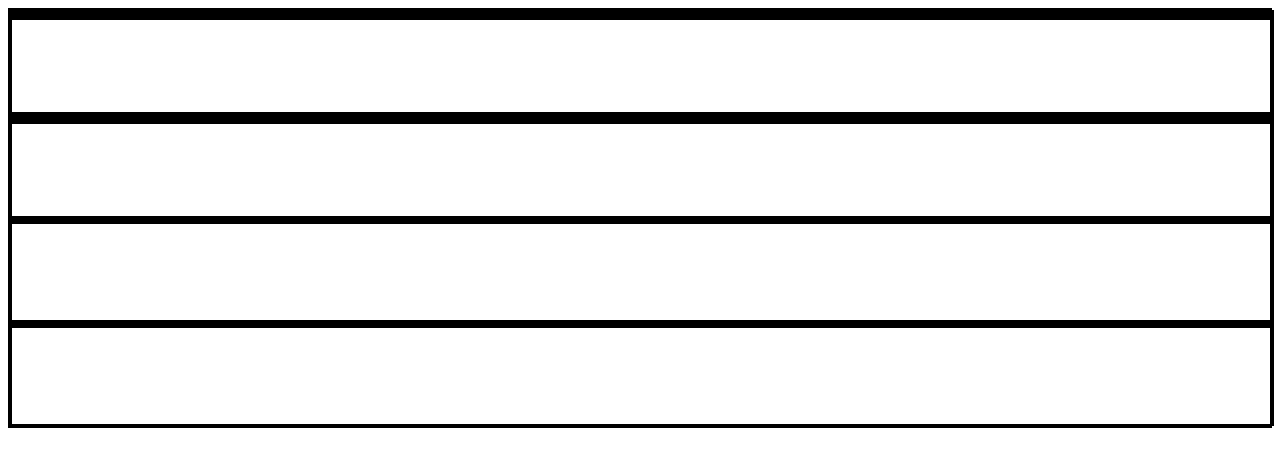
Repository: JHooniie/mini-Project
Page: http://localhost/Project-UIUX/index.jsp
An editor plug-in stored every save of this project. The page is shown before and after the next save, followed by the edit.
The browser window is 1280 px wide. The pictures show the whole page.
The page is served by Tomcat 9.

Above is the page before, as saved 2022-07-02 07:47:25.

After the next save:
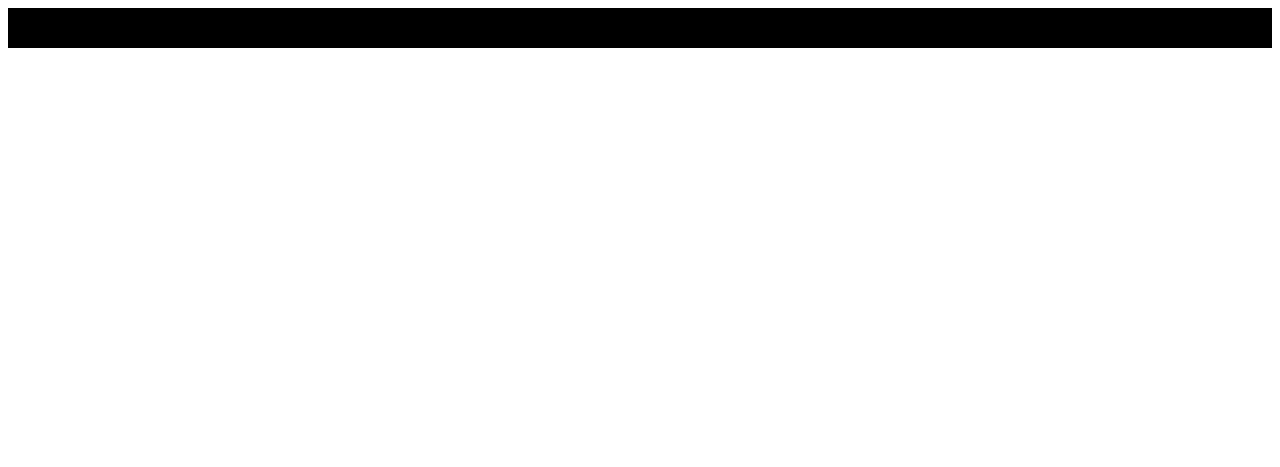
Saved 83 s later.
--- a/Project-UIUX/src/main/webapp/index.jsp
+++ b/Project-UIUX/src/main/webapp/index.jsp
@@ -6,43 +6,25 @@
 	<head>
 		<meta charset="UTF-8">
 		<title>Insert title here</title>
-		<style type="text/css">
-		*{
-		position:relative;
-		}
-		wrap {
-		position:relative;
-			margin:0;
-			width:1000px;
-			height:1000px;
-		}
-		.big {
-		width:100%;
-		height:100px;
-		}
-		div {
-		border:solid black 2px;
-		}
-		</style>
+		<link rel="stylesheet" type="text/css" href="css/common.css">
+		<link rel="stylesheet" type="text/css" href="css/menu.css">
+		<link rel="stylesheet" type="text/css" href="css/index.css">
 	</head>
 	<body>
 	<div id="wrap">
 	<header>
-		<div class="big">
-			<div>
-
-			</div>
+		<div id="top-head">
 			<div>
 
 			</div>
 	 	</div>
 	</header>
 	 <nav>
-		<div class="big">
-			<div>
+		<div id="menuBox">
+			<div id="mainMenu">
 
 			</div>
-			<div>
+			<div id="subMenu">
 
 			</div>
 	 	</div>
